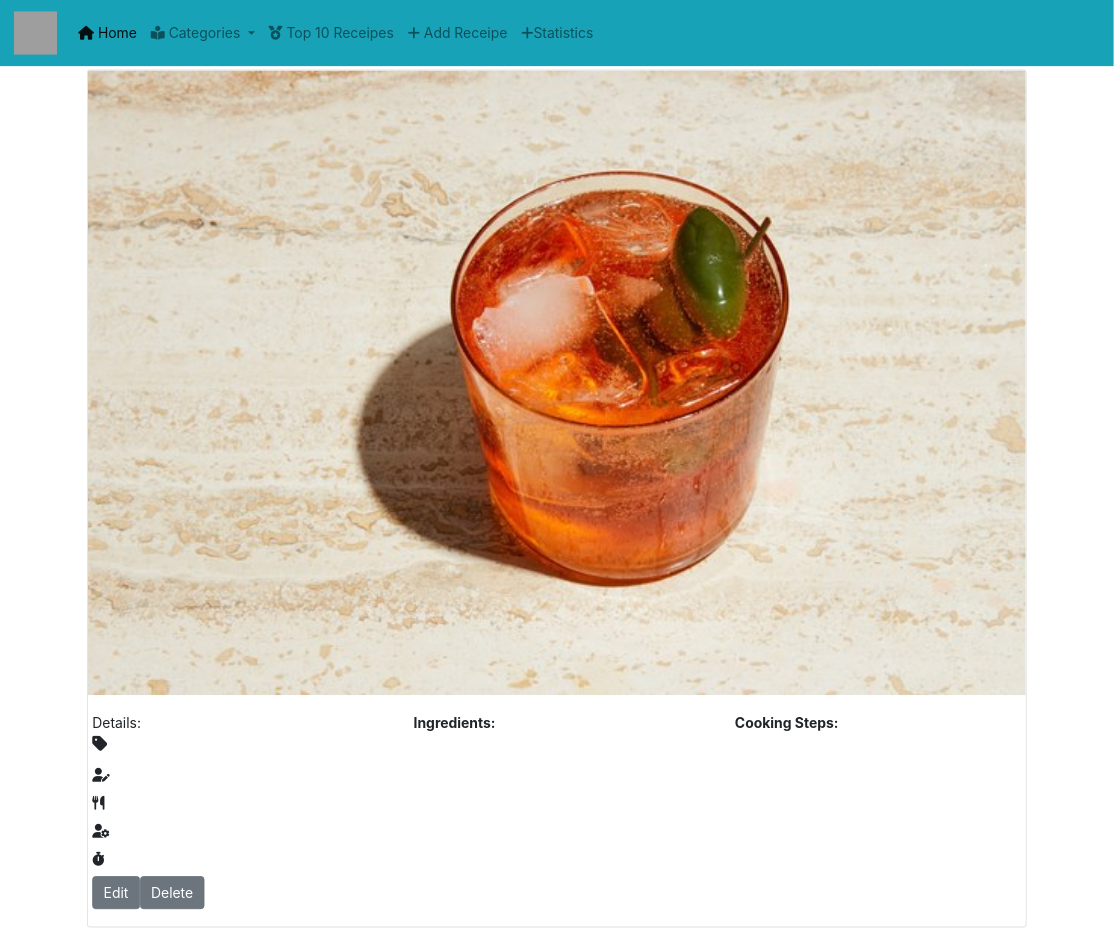
Repository: toderas/Flask-Cook-Book
Page: templates/showrecipe.html
The author's editor kept a record of every edit. The page is drawn from the files as they stood at one moment, then again after the next edit.
The browser window is 1280 px wide. The pictures show the whole page, at 87% of full size.
Pictures or frames that could not be fetched are drawn as grey boxes. Some web libraries are served in a nearby version. The page is served by the project's application, run on Flask 3 (cookbook.py). The template is opened directly, without the code that normally fills it, so the values that code supplies are empty.

Above is the page before.

After the next edit:
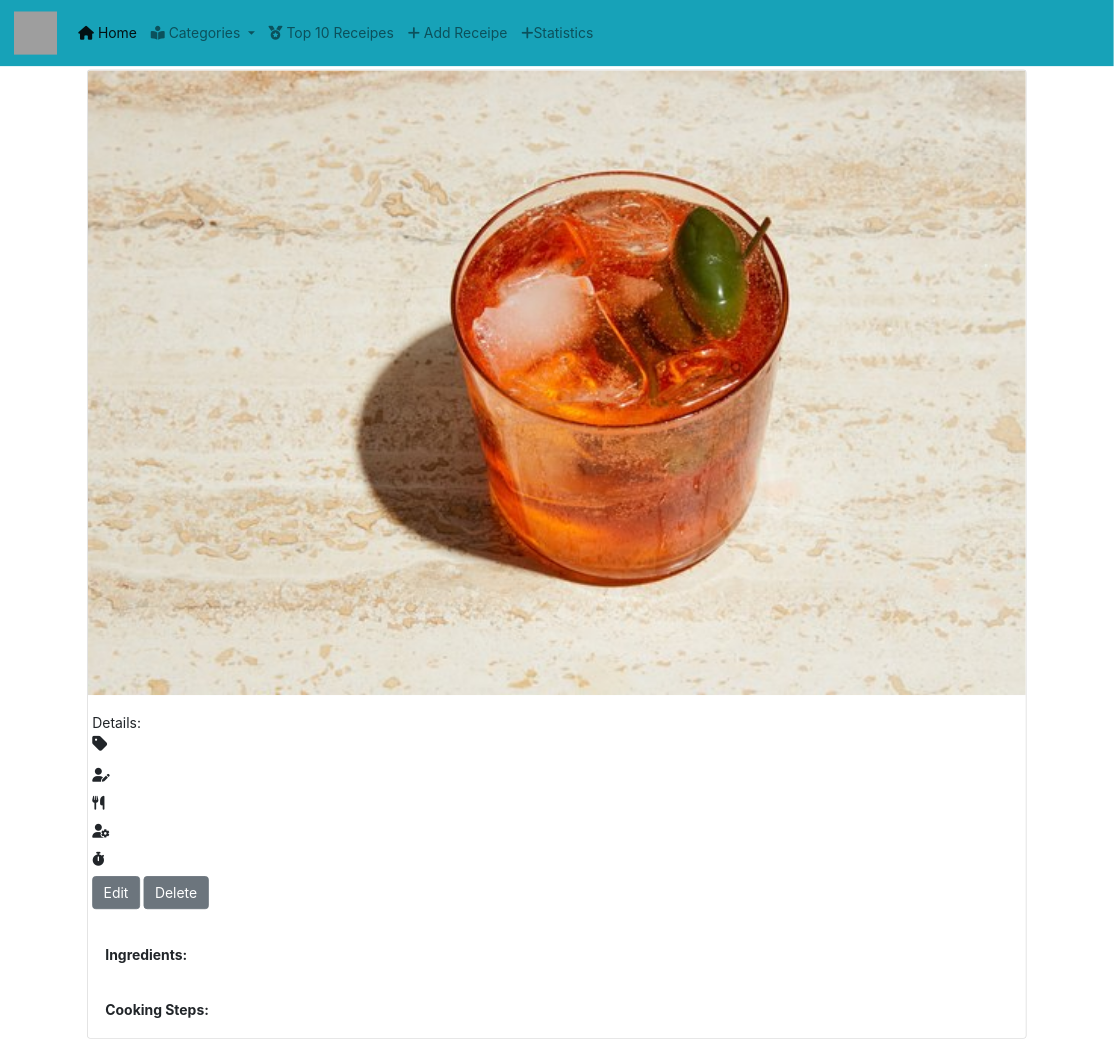
The edit:
--- a/templates/showrecipe.html
+++ b/templates/showrecipe.html
@@ -13,7 +13,7 @@
           <div class="mb-2"><i class="fas fa-utensils"></i> {{recipe.category_name}}</div>
           <div class="mb-2"><i class="fas fa-user-cog"></i> {{recipe.dish_required_skill}}</div>
           <div class="mb-2"><i class="fas fa-stopwatch"></i> {{recipe.dish_prep_time}}</div>
-          <div class="btn-group" role="group" aria-label="Basic example">
+
             <a href="#"><button type="button" class="btn btn-secondary">Edit</button></a>
             <a href="#"><button type="button" class="btn btn-secondary">Delete</button></a>
           </div>
